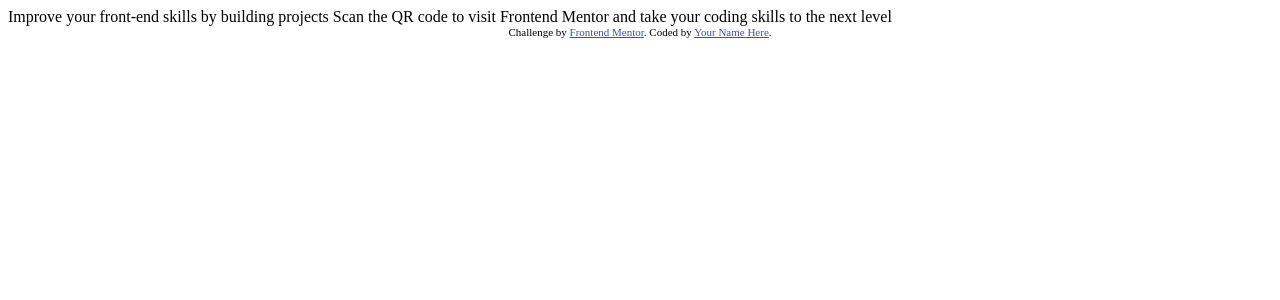
Repository: thaibaocoder1/qr-code-component
Page: index.html
The author's editor kept a copy of each file at every save. The page is drawn from the files as they stood at one save, then again after a run of saves.
The browser window is 1280 px wide. The pictures show the whole page.

Above is the page before, as saved 2023-01-05 14:37:07.

After the next 14 saves:
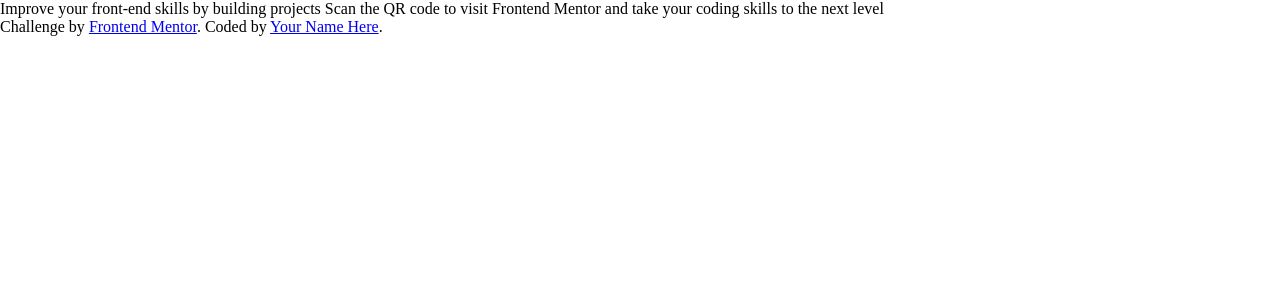
The 14 saves are shown as one change because they came seconds apart.
The last was saved 23 s later.
--- a/styles.css
+++ b/styles.css
@@ -1,5 +1,9 @@
-.attribution { font-size: 11px; text-align: center; }
-.attribution a { color: hsl(228, 45%, 44%); }
+* {
+    margin: 0;
+    padding: 0;
+    box-sizing: border-box;
+
+}
 :root {
-    --main-color:
+    --main-color: hsl(228, 45%, 44%);
 }
